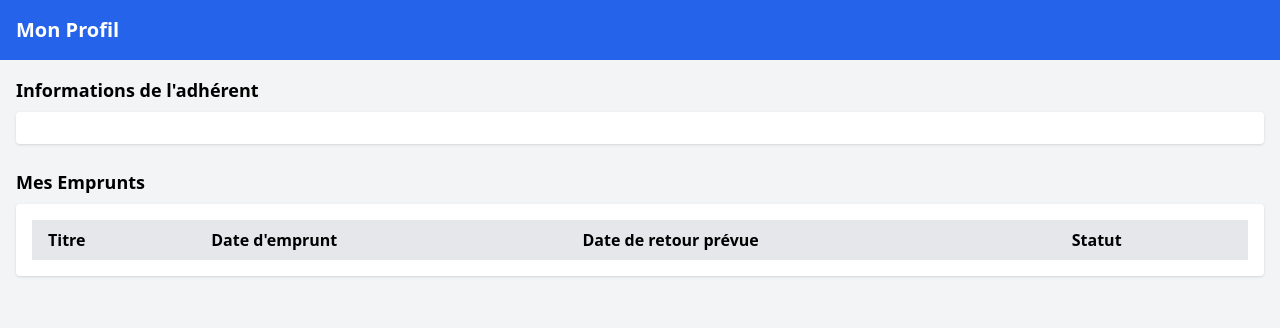
Repository: HAM0909/BookSmart
Page: profle.html
The author's editor kept a copy of each file at every save. The page is drawn from the files as they stood at one save, then again after a run of saves.
The browser window is 1280 px wide. The pictures show the whole page.
The page's requests for data from a server got no answer. Some web libraries are served in a nearby version.

Above is the page before, as saved 2025-08-22 21:25:43.

After the next 2 saves:
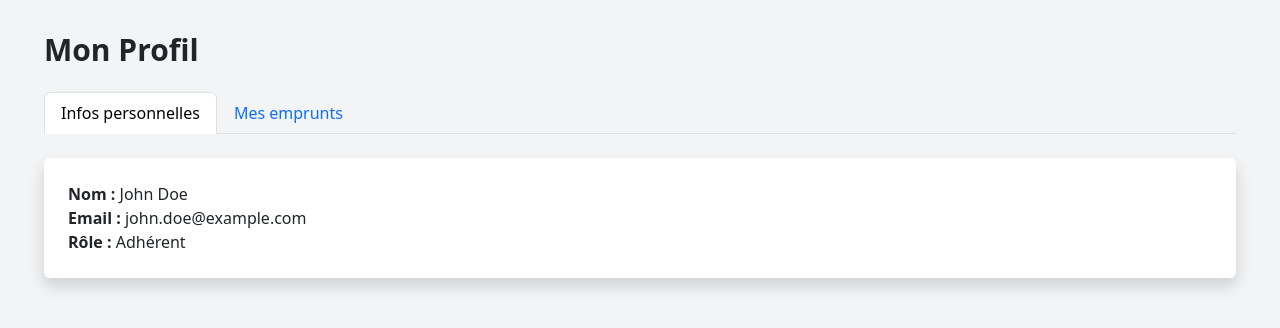
The 2 saves are shown as one change because they came seconds apart.
The last was saved 33 min 33 s later.
--- a/profle.html
+++ b/profle.html
@@ -2,109 +2,104 @@
 <html lang="fr">
 <head>
     <meta charset="UTF-8">
-    <title>Profil - Mes Emprunts</title>
+    <title>Profil Adhérent</title>
+    <!-- Tailwind CDN -->
     <script src="https://cdn.tailwindcss.com"></script>
+    <!-- Bootstrap CSS CDN -->
+    <link href="https://cdn.jsdelivr.net/npm/bootstrap@5.3.2/dist/css/bootstrap.min.css" rel="stylesheet">
 </head>
-<body class="bg-gray-100 min-h-screen">
+<body class="bg-gray-100 p-8">
 
-<header class="bg-blue-600 text-white p-4 flex justify-between items-center">
-    <h1 class="text-xl font-bold">Mon Profil</h1>
-</header>
+<div class="container mx-auto">
+    <h1 class="text-3xl font-bold mb-6">Mon Profil</h1>
 
-<main class="p-4">
-    <section class="mb-6">
-        <h2 class="text-lg font-semibold mb-2">Informations de l'adhérent</h2>
-        <div id="userInfo" class="bg-white shadow rounded p-4">
+    <!-- Onglets -->
+    <ul class="nav nav-tabs mb-4" id="profileTabs" role="tablist">
+        <li class="nav-item" role="presentation">
+            <button class="nav-link active" id="info-tab" data-bs-toggle="tab" data-bs-target="#info" type="button">Infos personnelles</button>
+        </li>
+        <li class="nav-item" role="presentation">
+            <button class="nav-link" id="emprunts-tab" data-bs-toggle="tab" data-bs-target="#emprunts" type="button">Mes emprunts</button>
+        </li>
+    </ul>
 
+    <div class="tab-content" id="profileTabsContent">
+        <!-- Infos personnelles -->
+        <div class="tab-pane fade show active" id="info" role="tabpanel">
+            <div class="bg-white p-6 rounded shadow">
+                <p><strong>Nom :</strong> John Doe</p>
+                <p><strong>Email :</strong> john.doe@example.com</p>
+                <p><strong>Rôle :</strong> Adhérent</p>
+            </div>
         </div>
-    </section>
 
-    <section>
-        <h2 class="text-lg font-semibold mb-2">Mes Emprunts</h2>
-        <div class="bg-white shadow rounded p-4">
-            <table class="w-full text-left table-auto border-collapse">
-                <thead>
-                    <tr class="bg-gray-200">
-                        <th class="px-4 py-2">Titre</th>
-                        <th class="px-4 py-2">Date d'emprunt</th>
-                        <th class="px-4 py-2">Date de retour prévue</th>
-                        <th class="px-4 py-2">Statut</th>
-                    </tr>
-                </thead>
-                <tbody id="empruntsTable">
-
-                </tbody>
-            </table>
+        <!-- Mes emprunts -->
+        <div class="tab-pane fade" id="emprunts" role="tabpanel">
+            <div class="bg-white p-6 rounded shadow">
+                <h2 class="text-2xl font-semibold mb-4">Mes emprunts</h2>
+                <table class="table table-striped">
+                    <thead>
+                        <tr>
+                            <th>Titre</th>
+                            <th>Date emprunt</th>
+                            <th>Date retour prévue</th>
+                            <th>Date retour effectif</th>
+                            <th>Statut</th>
+                        </tr>
+                    </thead>
+                    <tbody id="empruntsBody">
+                        <!-- Les emprunts seront injectés ici par JS -->
+                    </tbody>
+                </table>
+            </div>
         </div>
-    </section>
-</main>
+    </div>
+</div>
 
 <script>
-let currentUserId = null;
+const adherentId = 1; // Remplacer par l'ID réel de l'utilisateur connecté
 
-
-async function fetchCurrentUser() {
+async function fetchEmprunts() {
     try {
-        const response = await fetch("/api/me");
-        const data = await response.json();
-        currentUserId = data.id;
-        displayUserInfo(data);
+        const res = await fetch(`/api/mes-emprunts?adherent_id=${adherentId}`);
+        if (!res.ok) throw new Error("Erreur API");
+        const emprunts = await res.json();
+        return emprunts;
     } catch (err) {
-        console.error("Erreur fetchCurrentUser:", err);
-        currentUserId = 1;
+        console.error(err);
+        return [];
     }
 }
 
-
-function displayUserInfo(user) {
-    const div = document.getElementById("userInfo");
-    div.innerHTML = `
-        <p><strong>Nom :</strong> ${user.nom}</p>
-        <p><strong>Email :</strong> ${user.email}</p>
-        <p><strong>Rôle :</strong> ${user.role}</p>
-    `;
-}
-
-
-async function fetchEmprunts() {
-    if (!currentUserId) return;
-    const response = await fetch(`/api/mes-emprunts?adherent_id=${currentUserId}`);
-    const emprunts = await response.json();
-    return emprunts;
-}
-
-
-async function displayEmprunts() {
-    const emprunts = await fetchEmprunts();
-    const tbody = document.getElementById("empruntsTable");
+function displayEmprunts(emprunts) {
+    const tbody = document.getElementById("empruntsBody");
     tbody.innerHTML = "";
 
-    emprunts.forEach(e =>    {
+    emprunts.forEach(e => {
         const tr = document.createElement("tr");
-        tr.className = "border-t";
 
-
-        let statutColor = "text-gray-700";
-        if (e.statut === "en_retard") statutColor = "text-red-600 font-bold";
-        if (e.statut === "rendu") statutColor = "text-green-600";
+        // Couleur selon le statut
+        let statutClass = "";
+        if (e.statut === "en_retard") statutClass = "text-danger font-bold";
+        else if (e.statut === "en_cours") statutClass = "text-warning";
+        else if (e.statut === "rendu") statutClass = "text-success";
 
         tr.innerHTML = `
-            <td class="px-4 py-2">${e.titre}</td>
-            <td class="px-4 py-2">${new Date(e.date_emprunt).toLocaleDateString()}</td>
-            <td class="px-4 py-2">${new Date(e.date_retour_prevue).toLocaleDateString()}</td>
-            <td class="px-4 py-2 ${statutColor}">${e.statut}</td>
+            <td>${e.titre}</td>
+            <td>${new Date(e.date_emprunt).toLocaleDateString()}</td>
+            <td>${new Date(e.date_retour_prevue).toLocaleDateString()}</td>
+            <td>${e.date_retour_effectif ? new Date(e.date_retour_effectif).toLocaleDateString() : "-"}</td>
+            <td class="${statutClass}">${e.statut.replace("_"," ")}</td>
         `;
         tbody.appendChild(tr);
     });
 }
 
-
-async function init() {
-    await fetchCurrentUser();
-    await displayEmprunts();
-}
-init();
+// Affichage initial
+fetchEmprunts().then(displayEmprunts);
 </script>
 
+<!-- Bootstrap JS CDN -->
+<script src="https://cdn.jsdelivr.net/npm/bootstrap@5.3.2/dist/js/bootstrap.bundle.min.js"></script>
 </body>
 </html>
